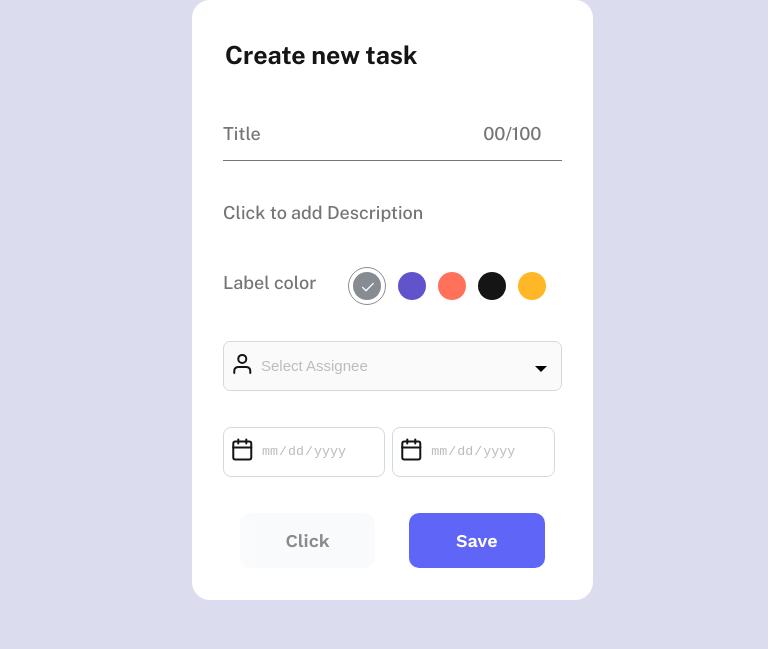
Repository: MorgunovaAlexandra/verstka-form
Page: index.html
The author's editor kept a copy of each file at every save. The page is drawn from the files as they stood at one save, then again after the next save.
The browser window is 768 px wide. The pictures show the whole page.
The style sheet was rebuilt from its Sass, Less or Tailwind sources for each picture, by a compiler version that may differ from the author's.

Above is the page before, as saved 2022-06-24 17:19:43.

### index.html
<!DOCTYPE html>
<html lang="ru">
<head>
    <meta charset="UTF-8">
    <meta http-equiv="X-UA-Compatible" content="IE=edge">
    <meta name="viewport" content="width=device-width, initial-scale=1.0">
    <link rel="stylesheet" href="./css/style.css">
    <title>Document</title>
</head>
<body>
    <div class="wrapper">
       <form class="form">

           <div class="fieldset">
            <legend><b>Create new task</b></legend>
            <div class="form__container __container">
            <div class="text-field">
                <input class="text-field__input" type="text" name="firstname" id="firstname" value=""
                >
                <label class="text-field__label" for="username">Title</label>
                <label class="text-field__label2" for="username">00/100</label>
              </div>
              <div class="form-field__text">Click to add Description</div>
              <div class="form-fied__color field-color">
                  <div class="field-color__text">Label color</div>
                  <div class="field-color__color circle">
                      <div class="circle__border">
                          <div class="circle__color grey">
                              <img class="circle__img" src="./img/done.svg">
                          </div>
                      </div>
                      <div class="circle__color purple"></div>
                      <div class="circle__color red"></div>
                      <div class="circle__color black"></div>
                      <div class="circle__color yellow"></div>
                  </div>
              </div>
              <div class="form-field__select">
                  <div class="select__arrow">
                    <select name="select-category" id="" class="select">
                        <option value="1">Select Assignee</option>
                        <option value="2">Select Assignee</option>
                        <option value="3">Select Assignee</option>
                      </select>
                  </div>
              </div>
              <div class="form-field__date">
                  <div class="data-form">
                    <input class="input" type="date"></input>
                  </div>
                  <div class="data-form">
                    <input class="input" type="date"></input>
                  </div>
              </div>
              <div class="form-field__sibmit submit">
                  <input class="submit__click" type="submit" value="Click">
                  <input class="submit__click save-blue" type="submit" value="Save">
              </div>

              <!-- <div class="form-field__date">
                <div class="form-group">
                    <div class="input-group" id="datetimepicker2">
                      <input type="text" class="form-control" />

                    </div>
                  </div>
              </div> -->
              </div>
           </div>
        </form>
    </div>

    <script src="./script.js"></script>
</body>
</html>

### script.js
 document.getElementById ('firstname').onkeydown=keyDown

function keyDown(){
    let str=document.getElementById ('firstname').value;

    console.log(str.length)
    document.querySelector('.text-field__label2').innerHTML=`${str.length}/100`
}

### scss/style.scss
@import "variables";
@import "mixins";
@import url('https://fonts.googleapis.com/css2?family=Public+Sans:wght@500;700&display=swap');
@import url('https://fonts.googleapis.com/css2?family=Work+Sans:wght@600&display=swap');
body {
   background-color: $ColorBody;
   font-family:$fontFamily ;
   font-weight: $fontWaight;
   line-height: $lineHeight;
   font-size: $fontSize;
   color:$ColorGrey;
}
.__container{
    padding-left: 31px;
    padding-right: 31px;
}
.form{
    width: 495.55px;
    height: 613.21px;
    background-color: white;
    border-radius: 23px;
    box-sizing: border-box;
    position: fixed; top: 50%; left: 50%;
    -webkit-transform: translate(-50%, -50%);
    -ms-transform: translate(-50%, -50%);
    transform: translate(-50%, -50%);
}
legend{
    margin-top: 40px;
    margin-left: 31px;
    font-weight: 700;
    font-size: 25px;
    color:$ColorBlack;
}
.text-field{
    position: relative;
    display: flex;
    justify-content: center;
    margin-top: 46px;
    margin-bottom: 36px;

}
.text-field__input{
    width: 100%;
    height: 40px;
    border: none;
    border-bottom: 1px solid $ColorGrey ;
    padding-left: 60px;
    color:#566789;
    font-size: 18px;
 }

.text-field__input:focus + .text-field__label{
  top:-23px;
}
.text-field__label{
   position: absolute;
   left: 0px;


}
.text-field__label2{
    position: absolute;
    right: 20px;
}
.form-field__text{
    margin-bottom: 38px;
}
.form-fied__color{
    display: flex;
    justify-content: flex-start;
    margin-bottom: 36px;
}
.field-color__text{
margin-right: 32px;
}
.field-color__color{
    display: flex;
   align-items: center;
}

.circle__border{
    position: relative;
    width: 36px;
    height: 36px;
    border-radius: 50%;
    border: 1px solid #878C93;
}
.grey{
    position: absolute;
    width: 28px;
    height: 28px;
    top:4px;
    left: 4px;
    border-color: #878C93;
    border-radius: 50%;
    z-index: 30;

    background-color:
    #878C93;
}
.circle__img{
    position: absolute;
    top:10px;
    left: 8px;
}
.circle__color{
    width: 28px;
    height: 28px;
    border-radius: 50%;
    margin-right:12px ;
}
.purple{
    background-color: #6153CC;
    margin-left: 12px;
}
.red{
    background-color:#FF715B;
}
.black{
    background-color:$ColorBlack;
}
.yellow{
    background-color:#FFB627;
    margin-right:0px ;
}
.select{
    appearance: none;
    border: 1px solid #566789;
    opacity: 26%;
    width: 100%;
    height: 50px;
    border-radius: 7px;
    cursor: pointer;
    padding-left: 37px;
    padding-top: 15px;
    padding-bottom: 16px;
    padding-right: 35px;
    font-size: 15px;

}
.select__arrow{
    position: relative;
}
.select__arrow::after{
content: "";
position: absolute;
top:50%;
right: 15px;
transform: translateY(-50%);
display: block;
width: 12px;
height: 6px;

pointer-events: none;

width: 0;
height: 0;
border-style: solid;
border-width: 6px 6px 0 6px;
border-color: #000000 transparent transparent transparent;
border-style: inset;
-webkit-transform:rotate(360deg);


}
.select__arrow::before{
content: "";
position: absolute;
top:20%;
left: 7px;
background: no-repeat url("../img/user.svg");
width: 34px;
height: 30px;
display: block;
z-index: 44;

}
.data-form{
    margin-top: 36px;
    margin-bottom: 36px;
    position: relative;
    width: 100%;
}
.form-field__date{
    display: flex;
    justify-content: space-between;

}
.data-form::before{
    content: "";
    position: absolute;
    top:20%;
    left: 7px;
    background: no-repeat url("../img/calendar.svg");
    width: 34px;
    height: 30px;
    display: block;
    z-index: 44;

}
.input{
    box-sizing: border-box;
    width: 96%;
    height: 50px;
    border: 1px solid #566789;
    opacity: 26%;
    border-radius: 7.86px;
    padding-left:37px ;
}

.input::-webkit-calendar-picker-indicator{
        display: none;
    }

.input[type="date"]::-webkit-input-placeholder{
        visibility: hidden !important;
    }



.submit__click{
   color:$colorBlackGray;
    opacity: 50%;
    font-weight: 600;
    font-size: 18px;
    font-family: 'Work Sans', sans-serif;
    background-color: #F5F7FB;
    }

.form-field__sibmit{
    display: flex;
    justify-content: space-around;
}
.submit__click{
    width: 40%;
    height: 55px;
    border-radius: 10px;
    border: none

}
.save-blue{
    background-color: #5F65F6;
    opacity: 100%;
    color:white;
}



/* media for 768*/
@media(max-width:768px){
    .form{
    border-radius: 18px;
    width: 400.55px;
    height: 600.21px;
    position: absolute;
    top:0px;
    left: 25%;
    -webkit-transform: none; /* Safari and Chrome */
       -moz-transform: none; /* Firefox */
        -ms-transform: none; /* IE 9 */
         -o-transform: none; /* Opera */
            transform: none;
    }
}

### scss/variables.scss
$bgColor: green;
$fontFamily:'Public Sans', sans-serif;
$fontWaight:500;
$fontSize:18px;
$lineHeight:31.86px;
$ColorBody:#DBDCEE;
$ColorBlack:#151515;
$ColorGrey:#757575;
$colorBlackGray: #151920

### scss/mixins.scss
@mixin vov($color) {
    font-size: 30px;
    background-color:$color ;
}

After the next save:
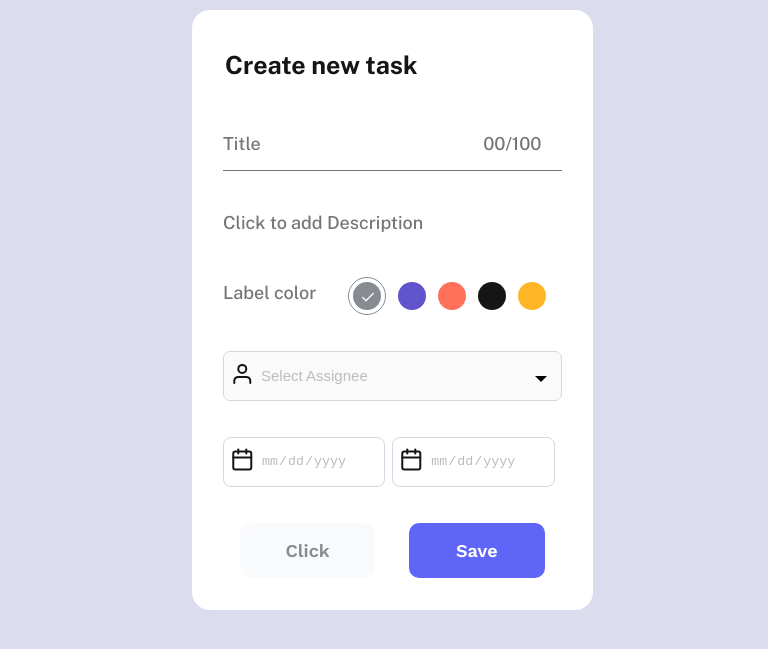
Saved 20 s later.
--- a/scss/style.scss
+++ b/scss/style.scss
@@ -254,7 +254,7 @@ z-index: 44;
     width: 400.55px;
     height: 600.21px;
     position: absolute;
-    top:0px;
+    top:10px;
     left: 25%;
     -webkit-transform: none; /* Safari and Chrome */
        -moz-transform: none; /* Firefox */
